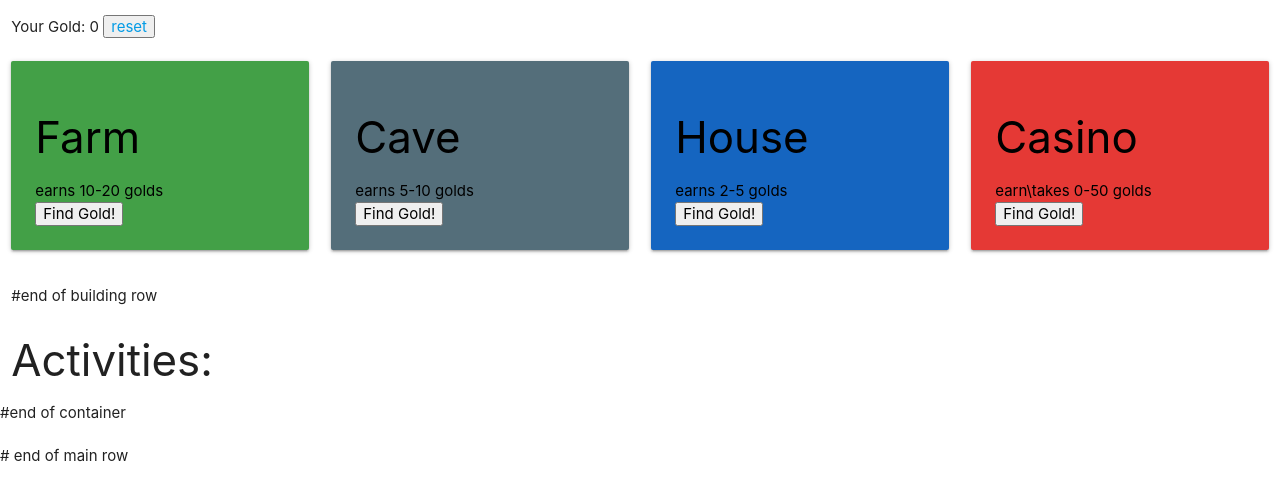
Repository: bvnger/Ninja_gold_flask
Page: http://localhost/
The author's editor kept a copy of each file at every save. The page is drawn from the files as they stood at one save, then again after the next save.
The browser window is 1280 px wide. The pictures show the whole page.
The page is served by the project's application, run on Flask 3 (server.py).

Above is the page before, as saved 2019-11-04 14:29:16.

After the next save:
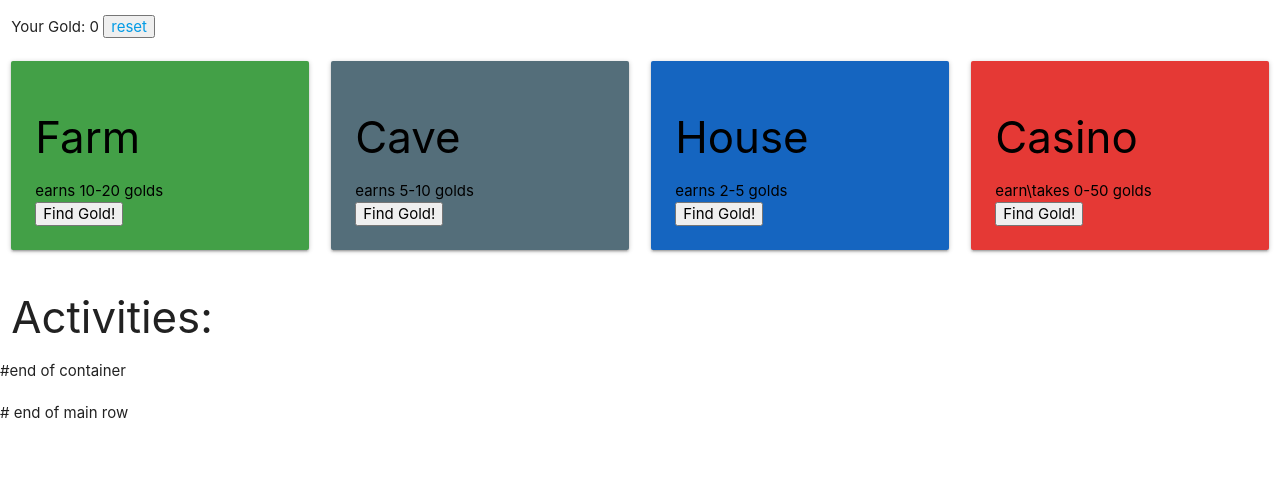
Saved 17 s later.
--- a/templates/index.html
+++ b/templates/index.html
@@ -63,7 +63,7 @@
 </form>
 </div>
 </div> <!--end of casino-->
-</div> #end of building row
+</div> <!--#end of building row-->
         </div>
         <div class ="bot">
             <table>
